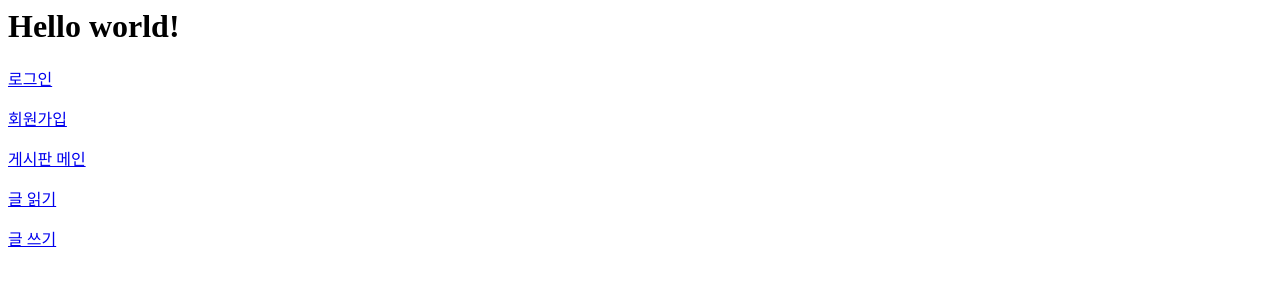
Repository: HJCroCat/project4
Page: http://localhost/koravle/
These files come from the project's save history. The page is drawn as it stood at one moment and after the next save; the edit follows.
The browser window is 1280 px wide. The pictures show the whole page.
The page is served by Tomcat 9. Nobody is signed in. The application's start-up code is not run. Other server files are loaded and not shown.

Above is the page before, as saved 2021-12-13 11:08:09.

### koravle/koravle/src/main/webapp/index.jsp
<%@ page language="java" contentType="text/html; charset=UTF-8"
    pageEncoding="UTF-8"%>

<html>
<head>
	<title>Home</title>
</head>
<body>
<h1>
	Hello world!
</h1>

<p> <a href='user/userLogin.do'>로그인</a> </p>
<p> <a href='user/userJoin.do'>회원가입</a></p>

<p> <a href="board/boardList.do">게시판 메인</a>
<p> <a href="board/boardRead.do">글 읽기</a>
<p> <a href="board/boardWrite.do">글 쓰기</a>


</body>
</html>

After the next save:
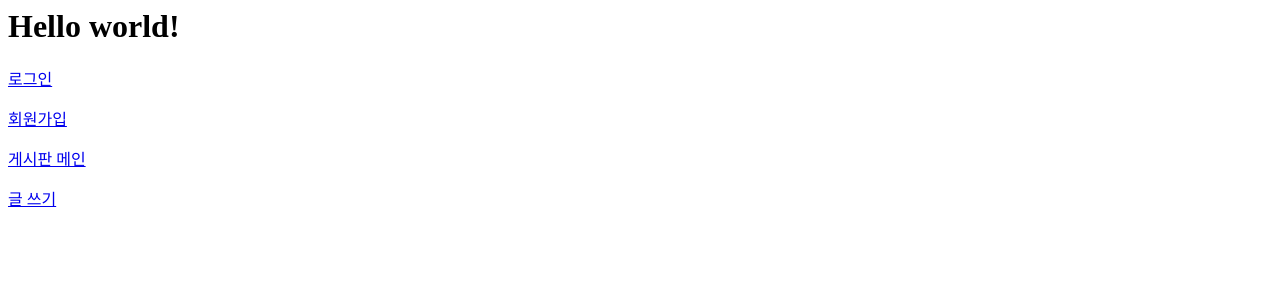
Saved 39 h 25 min later.
--- a/koravle/koravle/src/main/webapp/index.jsp
+++ b/koravle/koravle/src/main/webapp/index.jsp
@@ -14,7 +14,6 @@
 <p> <a href='user/userJoin.do'>회원가입</a></p>
 
 <p> <a href="board/boardList.do">게시판 메인</a>
-<p> <a href="board/boardRead.do">글 읽기</a>
 <p> <a href="board/boardWrite.do">글 쓰기</a>
 
 
